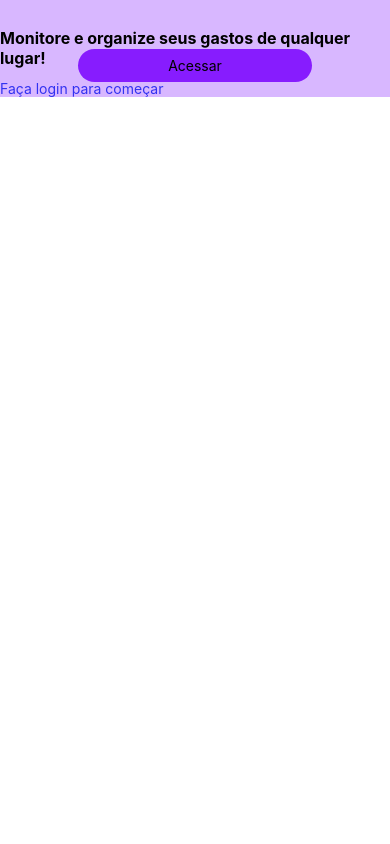
Repository: zz4fff/finance2
Page: /
An editor plug-in stored every save of this project. The page is shown before and after the next save, followed by the edit.
The browser window is 390 px wide. The pictures show the whole page.
The app was drawn by React Native's web renderer in a window 390 px wide. The project was rebuilt for these pictures with package versions that can differ from the ones it lists, and the page was loaded fresh each time. Some packages were replaced by stand-ins written for this rebuild.

Above is the page before, as saved 2026-04-17 19:26:46.

### App.js
import { StatusBar } from 'expo-status-bar';
import { StyleSheet, Text, View } from 'react-native';

import Welcome from './src/pages/Welcome';

export default function App() {
  return (
    <View>
      <Welcome />
    </View>
  );
}

const styles = StyleSheet.create({
  container: {
    flex: 1,
    backgroundColor: '#fff',
    alignItems: 'center',
    justifyContent: 'center',
  },
});

### src/pages/Welcome/index.js
import React from 'react';
import { View, Text, TouchableOpacity, StyleSheet } from 'react-native';

export default function Welcome() {
  return (
    <View style={styles.container}>
      <Text style={styles.title}>
        Monitore e organize seus gastos de qualquer lugar!
      </Text>
      <Text style={styles.text}>Faça login para começar</Text>
      <TouchableOpacity
        style={styles.button}
        onPress={() => console.log('press')}
      >
        <Text style={styles.buttonText}>Acessar</Text>
      </TouchableOpacity>
    </View>
  );
}

const styles = StyleSheet.create({
  container: {
    flex: 1,
    backgroundColor: '#d8b7ff',
  },

  title: {
    fontSize: 16,
    fontWeight: 'bold',
    marginTop: 28,
    marginBottom: 12,
  },

  text: {
    color: "#3232f1",
  },

  button: {
    position: 'absolute',
    backgroundColor: '#871cfe',
    borderRadius: 50,
    paddingVertical: 8,
    width: '60%',
    alignSelf: 'center',
    bottom: "15%",
    justifyContent: 'center',
    alignItems: 'center',
  },
});

Loaded but not shown: index.js (common file)

After the next save:
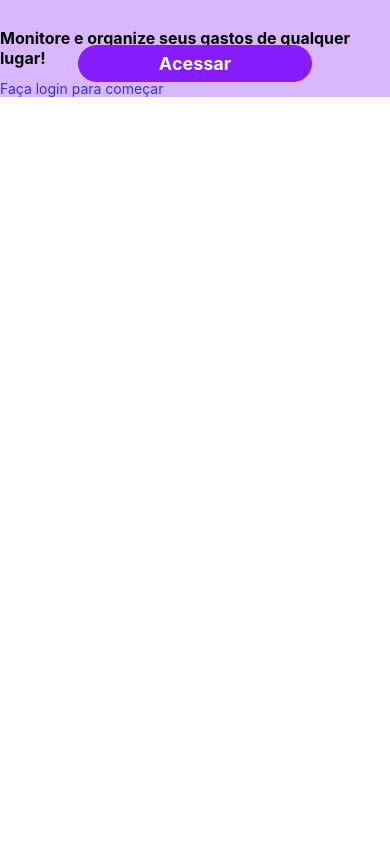
Saved 49 s later.
--- a/src/pages/Welcome/index.js
+++ b/src/pages/Welcome/index.js
@@ -46,4 +46,10 @@ const styles = StyleSheet.create({
     justifyContent: 'center',
     alignItems: 'center',
   },
+
+  buttonText: {
+    fontSize: 18,
+    color: '#fff',
+    fontWeight: 'bold',
+  },
 });
